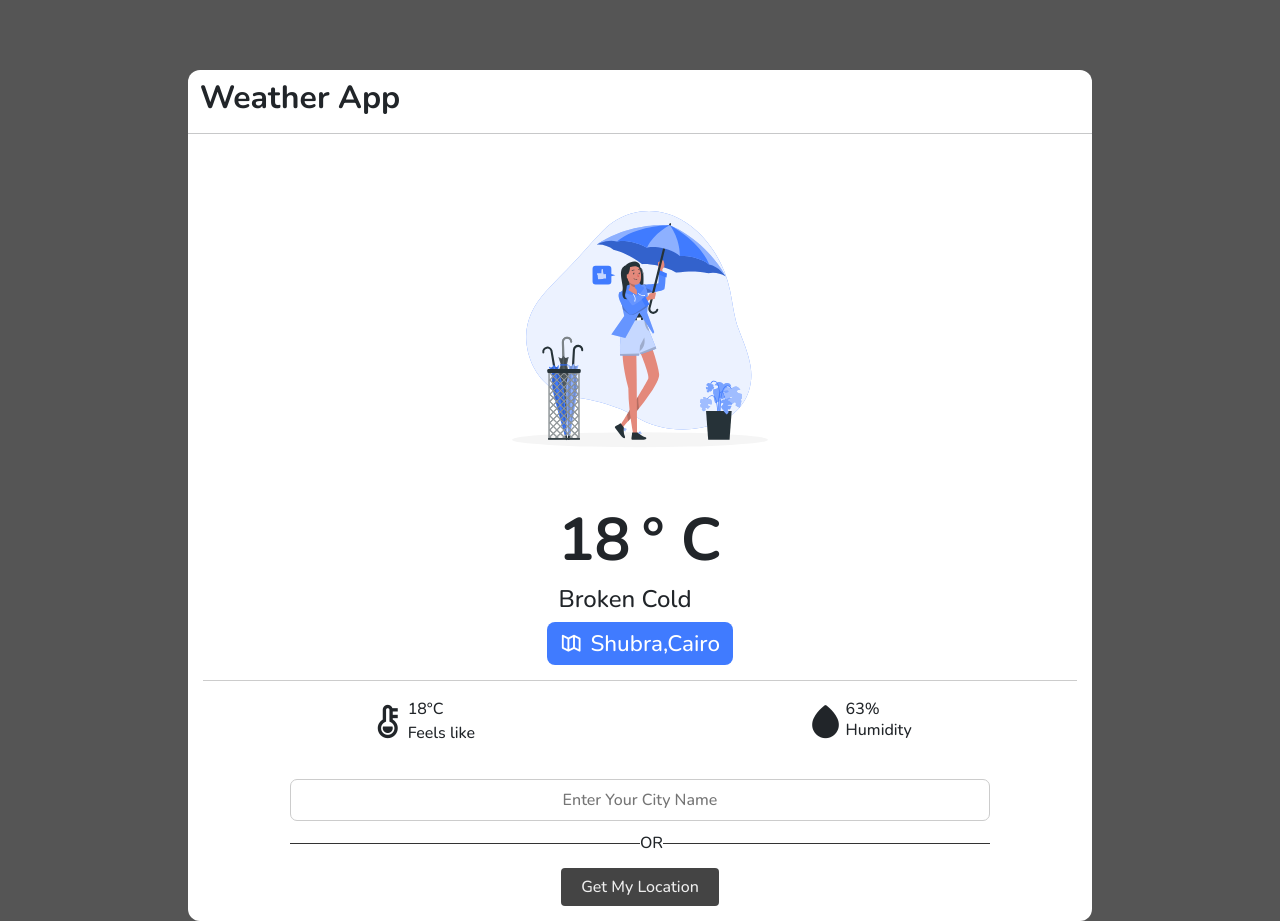
Repository: youssef168/Weather-App
Page: index.htm
The author's editor kept a copy of each file at every save. The page is drawn from the files as they stood at one save, then again after the next save.
The browser window is 1280 px wide. The pictures show the whole page.

Above is the page before, as saved 2021-12-28 22:00:39.

### index.htm
<!DOCTYPE html>
<html lang="en">
<head>
    <meta charset="UTF-8">
    <meta http-equiv="X-UA-Compatible" content="IE=edge">
    <meta name="viewport" content="width=device-width, initial-scale=1.0">
    <link href="https://cdn.jsdelivr.net/npm/bootstrap@5.1.3/dist/css/bootstrap.min.css" rel="stylesheet" integrity="sha384-1BmE4kWBq78iYhFldvKuhfTAU6auU8tT94WrHftjDbrCEXSU1oBoqyl2QvZ6jIW3" crossorigin="anonymous">
    <link rel="preconnect" href="https://fonts.googleapis.com">
    <link rel="preconnect" href="https://fonts.gstatic.com" crossorigin>
    <link href="https://fonts.googleapis.com/css2?family=Nunito:ital,wght@0,300;0,500;0,600;0,700;0,900;1,200;1,300;1,400;1,500;1,700&family=Work+Sans:ital,wght@1,400;1,600&display=swap" rel="stylesheet">
    <link rel="stylesheet" href="./style.css">
    <link href='https://unpkg.com/boxicons@2.1.1/css/boxicons.min.css' rel='stylesheet'>

    <title>Document</title>
</head>
<body>
    <div class="container">
        <div class='row super'>
            <h2>Weather App</h2>
            <hr>
          <div class='col active'>
              <div class="wearher-img">
                  <img class="w-100" src="./Umbrella-rafiki.svg" alt="">
              </div>
              <div class="weather-details">
                  <span class="degree">18</span>
                  <span class="sign">°</span>
                  <span class="sign-2">
                    C
                  </span>
                  <h4>Broken Cold</h4>
              </div>
              <div class="location">
                <i class='bx bx-map-alt'></i>
                <span>Shubra,Cairo</span>
              </div>
              <div class="detail-box">
                  <div class="column fellLike">
                      <i class='bx bxs-thermometer'></i>
                      <div class="innerFeild "></
                        <span class="degree-2">18°C</span>

                        <div>Feels like</div>
                    </div>
                  </div>
                  <div class="column Humidity">
                    <i class='bx bxs-droplet'></i>
                    <div class="innerFeild">
                        <span class="degree-2">
                            63%</span>
                            <h6>Humidity</h6>
                    </div>
                  </div>
              </div>
            </div>
            <div class=" super-x">
                <div class="input">
                    <input class="input-super" type="text" placeholder="Enter Your City Name">
                </div>
                <div class="bot-button mt-4">
                    <button class="btn">Get My Location</button>
                </div>
            </div>
        </div>
    </div>


    <script src="./script.js"></script>
    <script src="https://cdn.jsdelivr.net/npm/bootstrap@5.1.3/dist/js/bootstrap.bundle.min.js" integrity="sha384-ka7Sk0Gln4gmtz2MlQnikT1wXgYsOg+OMhuP+IlRH9sENBO0LRn5q+8nbTov4+1p" crossorigin="anonymous"></script>
</body>
</html>

### style.css
/* Start Global Rules */
body {
    font-family: 'Nunito', sans-serif;
    background: #555

}



.super {
    margin: auto;
    margin-top: 70px;
    width: fit-content;
    background: #fff;
    border-radius: 12px;
    /* background-image: url('./blob.svg');
    background-repeat: no-repeat;
    background-size: covere; */
}

/* end Global Rules */

h2 {
    font-weight: bold !important;
    /* font-size: 3.6rem !important; */
    line-height: 55px ;
}

.container {
    padding: 0;
}

.wearher-img {
    width: 330px;
}

.col {
    padding: 15px;
    display: flex ;
    flex-direction: column;
    justify-content: center;
    align-items: center;
    display: none;
}

.col.active {
    display: flex;
}

/* .col.active .super-x {
    display: none;
} */


.weather-details {
    font-size: 60px;
    font-weight: bold;
}

.sign {
    margin-left: -5px;
}

.weatherStatus {
    font-weight: bolder;
    font-size: 1.8rem;
    text-align: center;
    margin: auto;
}

.location {
    font-size: 1.4rem;
    display: flex;
    align-items: center;
    background-color: #407BFF;
    padding: 5px 13px;
    color: #fff;
    border-radius: 8px;
    justify-content:center;
    margin-bottom: 15px;
}

.location .bx-map-alt {
    margin-right: 8px;
}

.detail-box {
    display: flex;
    border-top: 1px solid #ccc;
    width: 100%;
    justify-content: space-between;
}

.detail-box .column {
    width: 100%;
    display: flex;
    justify-content: center;
    padding: 16px 0 0;
}

.innerFeild {
    display: flex;
    flex-direction: column;
}

.column i {
    margin-top: 5px;
    font-size: 40px;
}

.super-x {
    padding: 15px;
    display: flex ;
    flex-direction: column;
    justify-content: center;
    align-items: center;
}


.input-super {
    padding: 8px 30px;
    text-align: center;
    outline: none;
    border: 1px solid #ccc;
    border-radius: 7px;
    width: 100%;
    margin-bottom: 22px;
}

.input {
    border-bottom: 1px solid #333;
    width: 80%;
    position: relative;
}

.input::after {
    content: "OR";
    position: absolute;
    bottom: -12.5px;
    left: 50%;
    background: #fff
}

.bot-button button {
    background: #444;
    color: #eee;
    padding: 6px 19px !important;
    transition: 0.5s;
}

.bot-button button:hover {
    background: transparent;
    border: 1px solid #444;
}

Loaded but not shown: script.js (no copy from this time; the picture is the same without it)

After the next save:
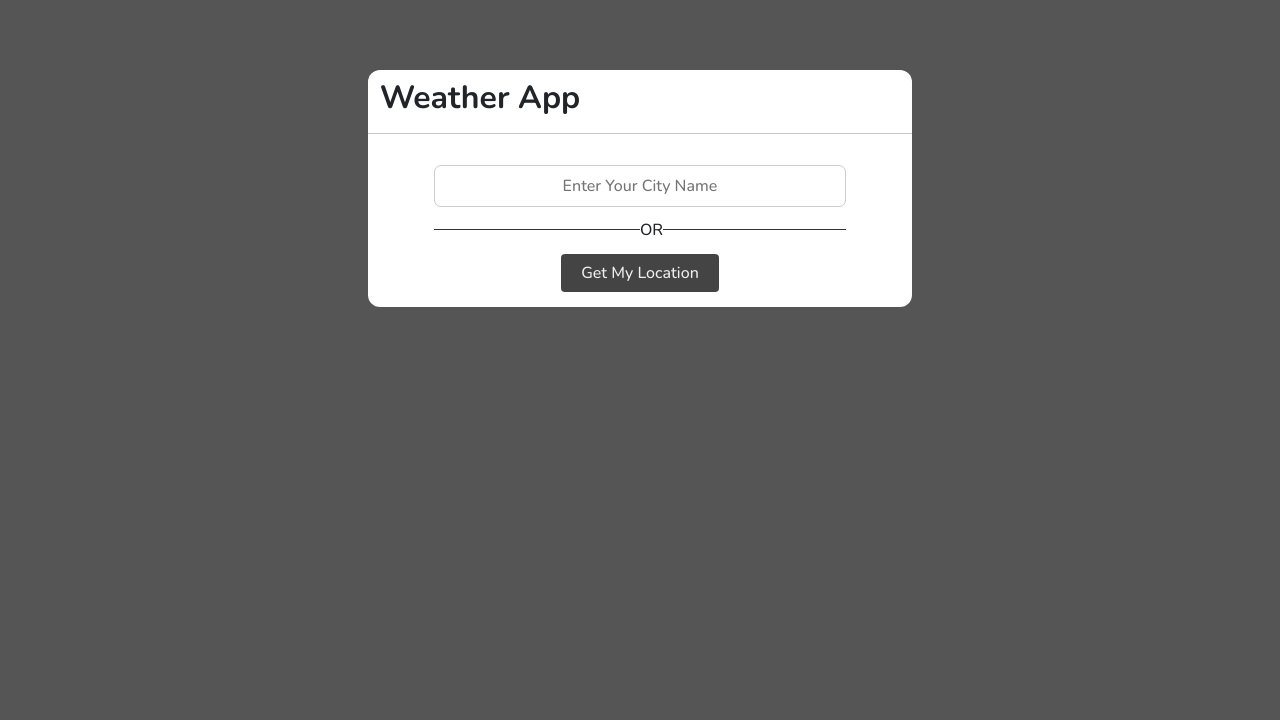
Saved 5 s later.
--- a/index.htm
+++ b/index.htm
@@ -18,7 +18,7 @@
         <div class='row super'>
             <h2>Weather App</h2>
             <hr>
-          <div class='col active'>
+          <div class='col '>
               <div class="wearher-img">
                   <img class="w-100" src="./Umbrella-rafiki.svg" alt="">
               </div>
@@ -53,7 +53,7 @@
                   </div>
               </div>
             </div>
-            <div class=" super-x">
+            <div class="col super-x">
                 <div class="input">
                     <input class="input-super" type="text" placeholder="Enter Your City Name">
                 </div>
